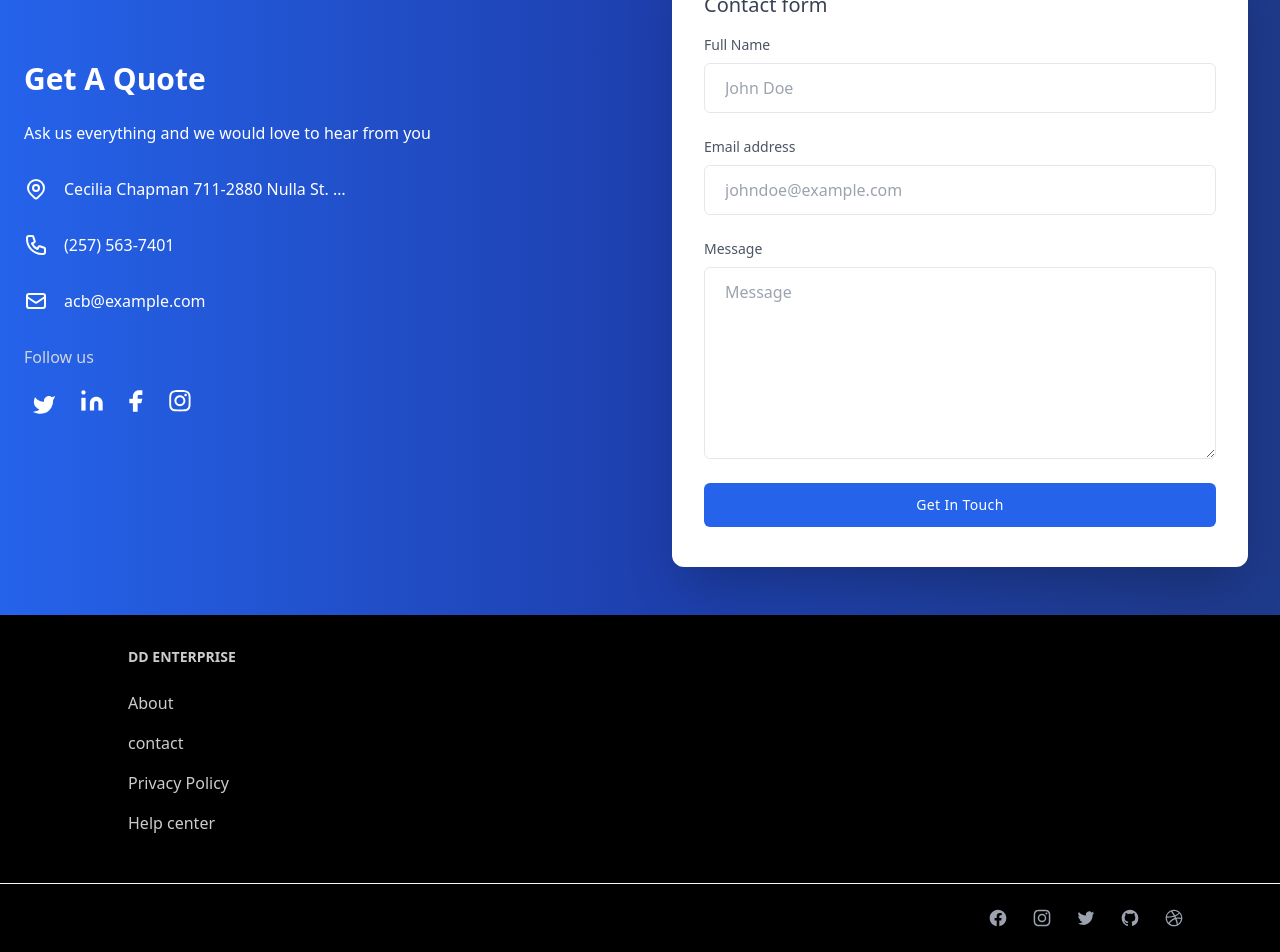
Repository: SehajBindra/web-app
Page: /
The author's editor kept a copy of each file at every save. The page is drawn from the files as they stood at one save, then again after the next save.
The browser window is 1280 px wide. The pictures show the part of the page from y = 4772 to 5724 px (the page is 5724 px tall).
The project was rebuilt for these pictures with package versions that can differ from the ones it lists, and the page was loaded fresh each time. The framework's server and built-in components were replaced by stand-ins that run in the browser. Also part of the build but not shown: next.config.js.

Above is the page before, as saved 2023-04-07 20:12:14.

After the next save:
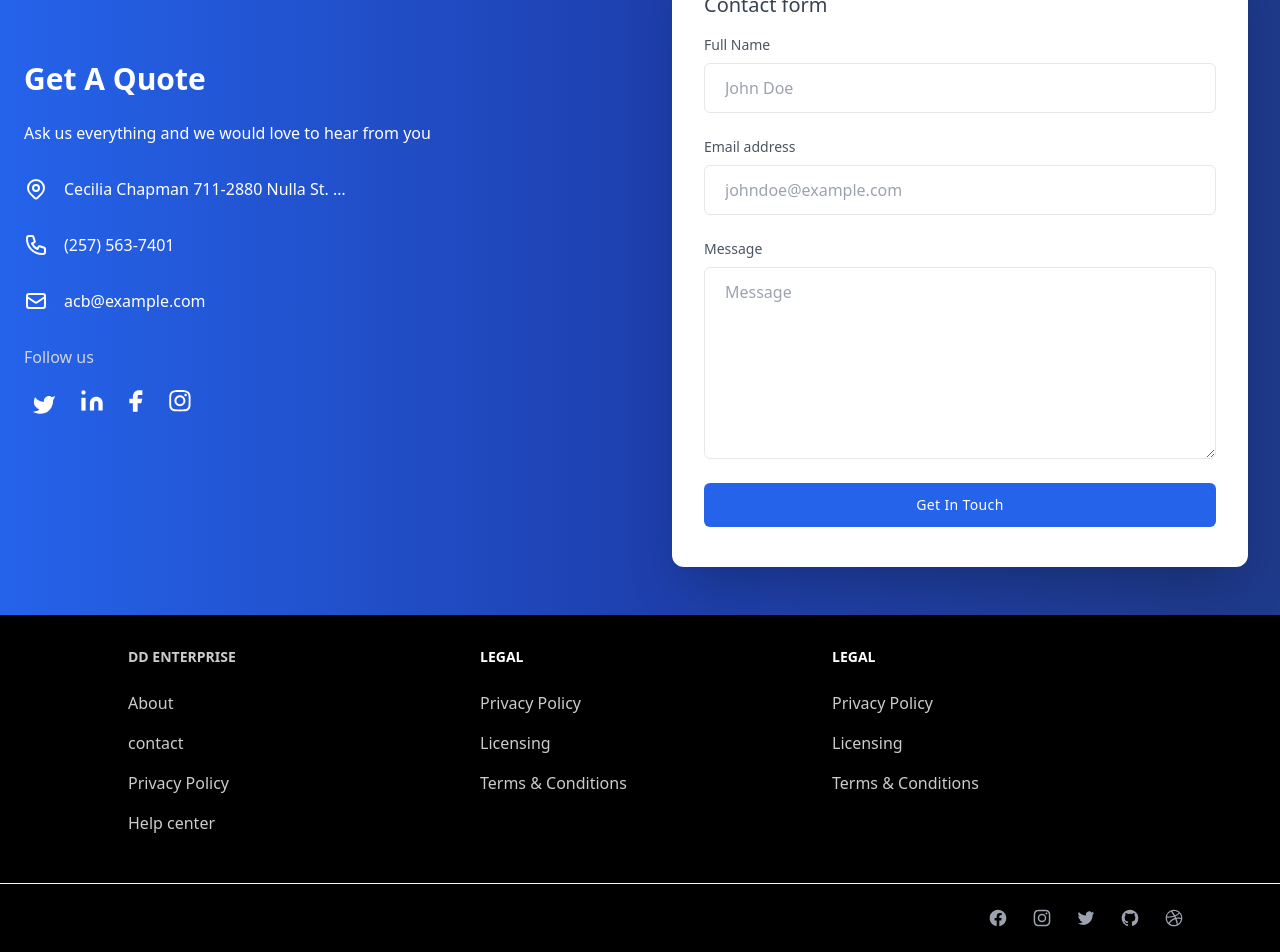
Saved 29 s later.
--- a/components/Footer.tsx
+++ b/components/Footer.tsx
@@ -34,10 +34,10 @@ function Footer() {
           </div>
 
           <div className="hidden md:inline">
-            <h2 className="mb-6 text-sm font-semibold text-black uppercase ">
+            <h2 className="mb-6 text-sm font-semibold text-white uppercase ">
               Legal
             </h2>
-            <ul className="text-black/80">
+            <ul className="text-white/80">
               <li className="mb-4">
                 <a href="#" className="hover:underline">
                   Privacy Policy
@@ -57,10 +57,10 @@ function Footer() {
           </div>
 
           <div>
-            <h2 className="mb-6 text-sm font-semibold text-black uppercase dark:text-black">
+            <h2 className="mb-6 text-sm font-semibold text-white uppercase ">
               Legal
             </h2>
-            <ul className="text-black/80">
+            <ul className="text-white/80">
               <li className="mb-4">
                 <a href="#" className="hover:underline">
                   Privacy Policy
